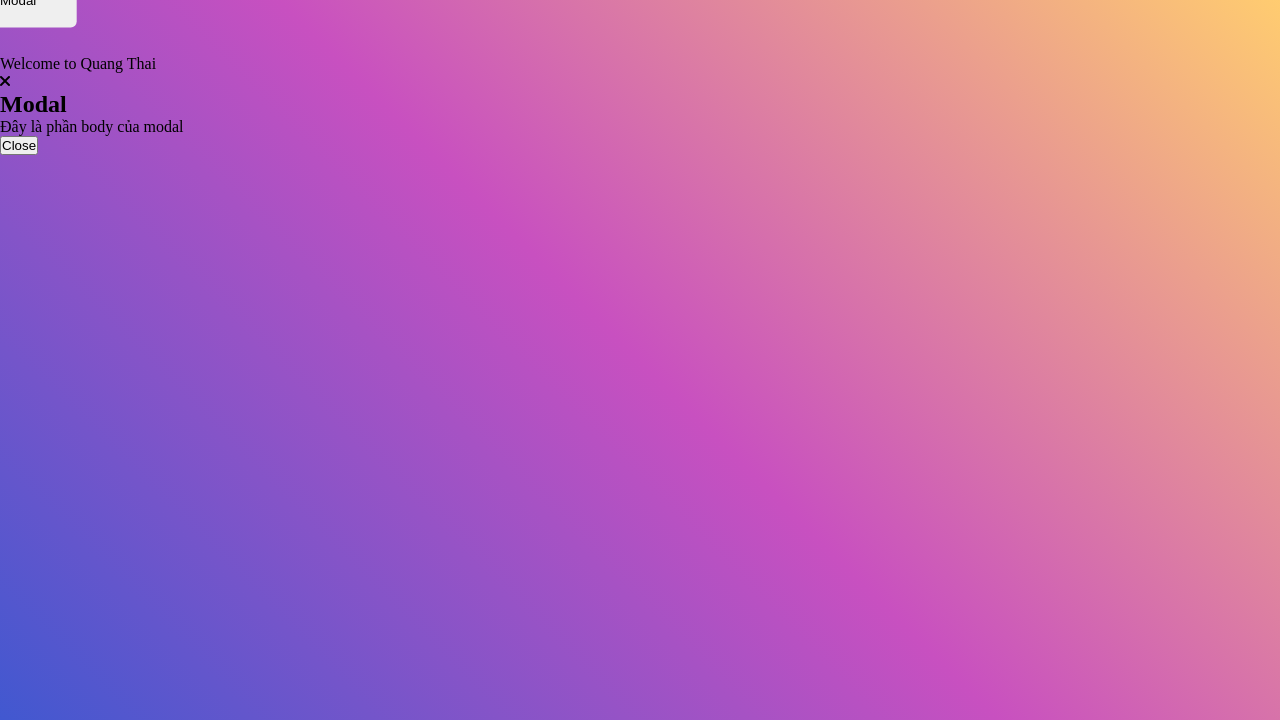
Repository: QUANGTHAI2003/modal
Page: index.html
These files come from the project's save history. The page is drawn as it stood at one moment and after the next save; the edit follows.
The browser window is 1280 px wide. The pictures show the whole page.

Above is the page before, as saved 2022-02-28 21:35:06.

After the next save:
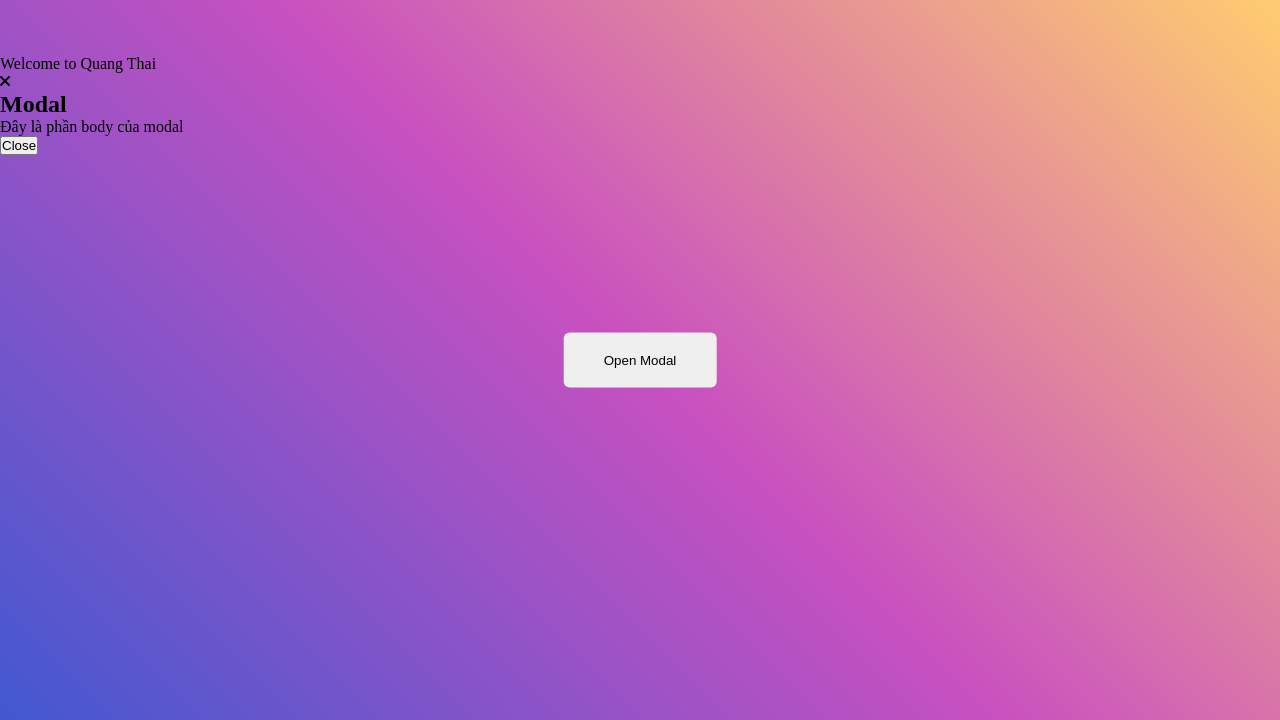
Saved 5 s later.
--- a/style.css
+++ b/style.css
@@ -22,7 +22,7 @@ body {
     border-radius: 6px;
     display: inline-block;
     position: relative;
-    top: 50%
+    top: 50%;
     left: 50%;
     transform: translate(-50%, -50%);
 }
